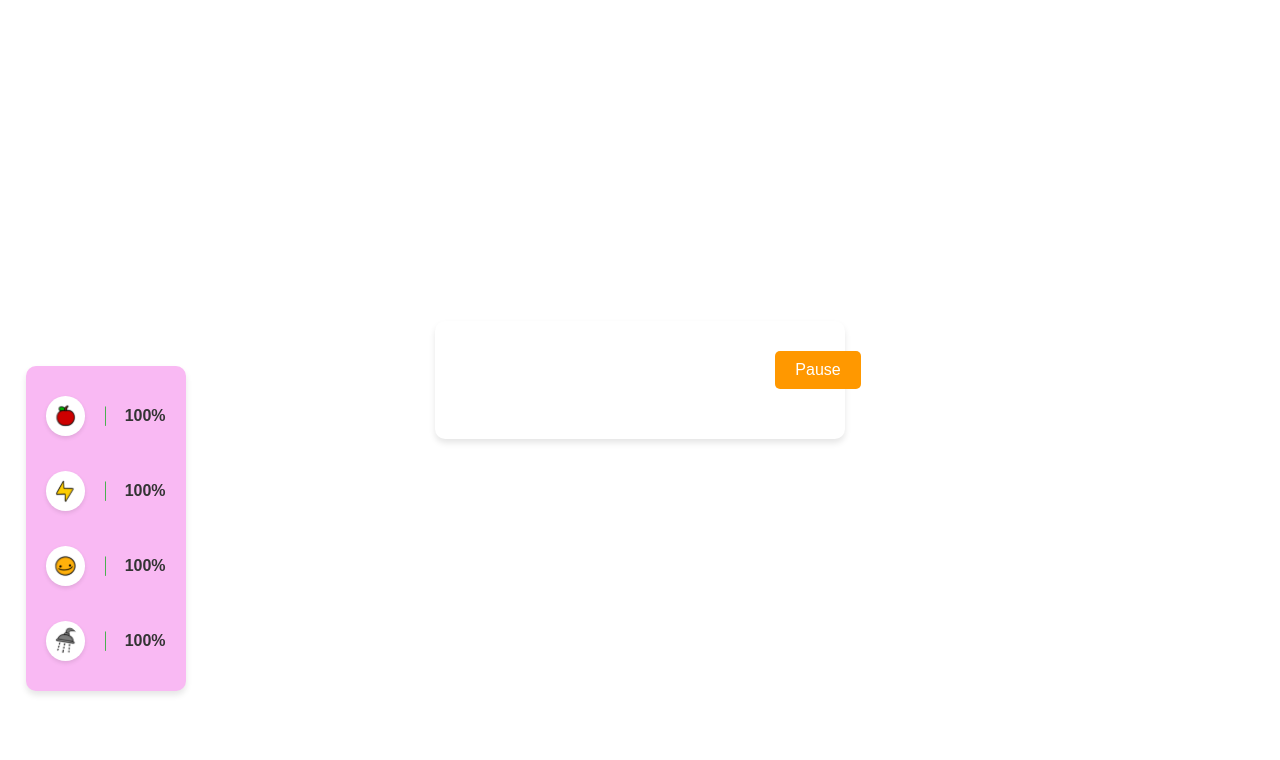
Repository: sarahjx/CapyCare
Page: html/pet.html
These files come from the project's save history. The page is drawn as it stood at one moment and after the next save; the edit follows.
The browser window is 1280 px wide. The pictures show the whole page.

Above is the page before, as saved 2025-04-30 18:23:16.
Console error: TypeError: Cannot read properties of null (reading 'addEventListener')

### html/pet.html
<!-- @format -->

<!DOCTYPE html>
<html lang="en">
  <head>
    <meta charset="UTF-8" />
    <meta name="viewport" content="width=device-width, initial-scale=1.0" />
    <title>Virtual Pet Game</title>
    <link rel="stylesheet" href="../css/styles.css" />
    <link rel="stylesheet" href="../css/statusbar.css" />
  </head>
  <body>
    <div class="container">
      <!-- Button Section -->
      <div class="buttons">
        <button class="action-btn" onclick="feedPet(currentPet)">Feed</button>
        <button class="action-btn" onclick="bathePet(currentPet)">Bathe</button>
        <button class="action-btn" onclick="bedtime(currentPet)">Sleep</button>
        <button class="action-btn" onclick="touchPet(currentPet)">Play</button>
        <button id="pauseButton" class="action-btn" onclick="togglePause()">
          Pause
        </button>
      </div>
    </div>

    <!-- Status Bar Container -->
    <div class="status-bar-container">
      <!-- Top Bar: Hunger and Energy -->
      <div class="status-row">
        <img src="../images/hunger.svg" alt="Hunger Icon" class="status-icon" />
        <div class="bar" id="hunger-bar">
          <div class="status-fill"></div>
        </div>
        <span id="hunger-value">100%</span>
      </div>
      <div class="status-row">
        <img src="../images/energy.svg" alt="Energy Icon" class="status-icon" />
        <div class="bar" id="energy-bar">
          <div class="status-fill"></div>
        </div>
        <span id="energy-value">100%</span>
      </div>

      <!-- Bottom Bar: Happiness and Hygiene -->
      <div class="status-row">
        <img
          src="../images/happiness.svg"
          alt="Happiness Icon"
          class="status-icon"
        />
        <div class="bar" id="happiness-bar">
          <div class="status-fill"></div>
        </div>
        <span id="happiness-value">100%</span>
      </div>
      <div class="status-row">
        <img
          src="../images/hygiene.svg"
          alt="Hygiene Icon"
          class="status-icon"
        />
        <div class="bar" id="hygiene-bar">
          <div class="status-fill"></div>
        </div>
        <span id="hygiene-value">100%</span>
      </div>
    </div>

    <!-- Game Over Screen -->
    <div id="gameOverScreen" class="game-over" style="display: none">
      <h2 id="gameOverMessage"></h2>
      <button onclick="resetGame()">Start New Game</button>
    </div>

    <script src="../backend/status.js"></script>
    <script>
      // Update bars in real-time
      setInterval(() => {
        if (!isPaused) {
          document.getElementById("hunger-bar").style.width = `${hunger}%`;
          document.getElementById("energy-bar").style.width = `${energy}%`;
          document.getElementById(
            "happiness-bar"
          ).style.width = `${happiness}%`;
          document.getElementById("hygiene-bar").style.width = `${hygiene}%`;

          document.getElementById("hunger-value").textContent = `${Math.round(
            hunger
          )}%`;
          document.getElementById("energy-value").textContent = `${Math.round(
            energy
          )}%`;
          document.getElementById(
            "happiness-value"
          ).textContent = `${Math.round(happiness)}%`;
          document.getElementById("hygiene-value").textContent = `${Math.round(
            hygiene
          )}%`;
        }
      }, 1000);
    </script>
  </body>
</html>

### css/styles.css
:root {
    --primary-color: #F9D9D9;
    --secondary-color: #D9E7F9;
    --tertiary-color: #FFF1FB;
    --accent-color: #F7EFD7;
    --text-color: #333;
    --spacing-xs: 0.5rem;
    --spacing-sm: 0.75rem;
    --spacing-md: 1rem;
    --spacing-lg: 1.5rem;
    --spacing-xl: 2rem;
    --spacing-xxl: 3rem;
    --font-family: 'McLaren', sans-serif;
    --font-size-xs: 0.75rem;
    --font-size-sm: 0.875rem;
    --font-size-md: 1rem;
    --font-size-lg: 1.125rem;
    --font-size-xl: 1.25rem;
    --font-size-xxl: 1.5rem;
}

  /* landing page */
.landing-page {
    position: relative;
    width: 100vw;
    overflow: hidden;
    color: var(--secondary-color);
    font-family: var(--font-family);
}

.welcome-message {
    text-align: center;
    font-size: 4rem;
    color: var(--text-color);
    font-family: var(--font-family);
    background-color: var(--accent-color);
    border: 3px solid var(--secondary-color);
    padding: var(--spacing-md) var(--spacing-lg);
    border-radius: 12px;
    margin-bottom: var(--spacing-lg);
    box-shadow: 0 4px 10px rgba(0, 0, 0, 0.1);
}

.background {
    position: relative;
    top: 0;
    left: 0;
    width: 100%;
    height: 100%;
    z-index: -1;
}

.background img {
    width: 100%;
    height: 100%;
    object-fit: cover;
    object-position: center top;
}

  /* Button container */
.button-container {
    position: absolute;
    top: 0;
    left: 0;
    width: 100%;
    height: 100%;
    display: flex;
    flex-direction: column;
    align-items: center;
    justify-content: center;
    padding-top: 45vh;
}

  /* Button styles */
.png-button {
    border: none;
    background: transparent;
    padding: 0;
    cursor: pointer;
    transform: translateY(0);
    transition: transform 0.2s ease;
    z-index: 2;
}

.png-button img {
    width: 530px;
    height: auto;
    display: block;
}

.png-button:hover img {
    transform: scale(1.05);
}

.png-button:active img {
    transform: scale(0.98);
}


/* pet page */

body {
    font-family: Arial, sans-serif;
    display: flex;
    justify-content: center;
    align-items: center;
    height: 100vh;
    background-color: #f0f0f0;
    margin: 0;
}

/* Container for all content */
.container {
    text-align: center;
    background-color: #fff;
    border-radius: 10px;
    padding: 30px;
    box-shadow: 0 4px 6px rgba(0, 0, 0, 0.1);
    width: 350px;
    position: relative;
}

/* Button section above the status bars */
.buttons {
    display: flex;
    justify-content: space-around;
    margin-bottom: 20px;
}

/* Style for action buttons */
.action-btn {
    padding: 10px 20px;
    font-size: 16px;
    cursor: pointer;
    background-color: var(--button-color);
    color: white;
    border: none;
    border-radius: 5px;
}

.action-btn:hover {
    background-color: #45a049;
}

/* Status bar section at the bottom of the container */
.status-bar {
    position: absolute;
    bottom: 0;
    width: 100%;
}

/* Individual rows containing icons and bars */
.status-row {
    display: flex;
    align-items: center;
    margin: 10px 0;
}

/* Status icon (SVG) */
.status-icon {
    width: 30px;
    height: 30px;
    margin-right: 10px;
}

/* Status bars */
.bar {
    width: 0;
    height: 20px;
    background-color: var(--primary-color);
    border-radius: 5px;
    transition: width 0.5s ease-in-out;
}

### css/statusbar.css
/** @format */

:root {
  --primary-color: #f9d9d9;
  --secondary-color: #d9e7f9;
  --tertiary-color: #fff1fb;
  --accent-color: #f7efd7;
  --text-color: #333;
  --spacing-xs: 0.5rem;
  --spacing-sm: 0.75rem;
  --spacing-md: 1rem;
  --spacing-lg: 1.5rem;
  --spacing-xl: 2rem;
  --spacing-xxl: 3rem;
  --font-family: "McLaren", sans-serif;
  --font-size-xs: 0.75rem;
  --font-size-sm: 0.875rem;
  --font-size-md: 1rem;
  --font-size-lg: 1.125rem;
  --font-size-xl: 1.25rem;
  --font-size-xxl: 1.5rem;
}

body {
  font-family: var(--font-family);
  font-weight: 10;
  max-width: 800px;
  margin: 0 auto;
  padding: 20px;
  background-color: #ffffff;
}

.status-bar-container {
  position: fixed;
  background-color: rgb(249, 185, 243);
  padding: 20px;
  border-radius: 10px;
  display: flex;
  flex-direction: column;
  gap: 15px;
  bottom: 4%;
  left: 2%;
  box-shadow: 0 4px 6px rgba(0, 0, 0, 0.1);
}

.status-icon-container {
  display: inline-flex;
  flex-direction: column;
}

.status-row {
  display: flex;
  align-items: center;
  gap: 10px;
}

.status-icon {
  width: 30px;
  height: 30px;
  padding: 5px;
  background-color: white;
  border-radius: 50%;
  box-shadow: 0 2px 4px rgba(0, 0, 0, 0.1);
}

.status-label {
  display: inline-block;
  width: 100px;
  font-weight: bold;
}

.bar {
  width: 200px;
  height: 20px;
  background-color: #eee;
  border-radius: 10px;
  overflow: hidden;
  position: relative;
}

.status-fill {
  height: 100%;
  background-color: #4caf50;
  transition: width 0.3s ease;
  border-radius: 10px;
}

#hunger-value,
#energy-value,
#happiness-value,
#hygiene-value {
  min-width: 50px;
  text-align: right;
  font-weight: bold;
  color: #333;
}

.action-buttons {
  margin-top: 20px;
  display: inline-flex;
  flex-direction: column;
  padding: 10px;
  border-radius: 10px;
  gap: 15px;
  background-color: #ff9800;
  position: fixed;
  right: 2%;
  bottom: 4%;
}

button {
  padding: 10px;
  border: none;
  border-radius: 5px;
  background-color: #4caf50;
  color: white;
  cursor: pointer;
  transition: background-color 0.3s;
  width: 6rem;
  font-family: var(--font-family);
  font-weight: 7pt;
  font-size: var(--font-size-xl);
}

button:hover {
  background-color: #45a049;
}

.warning {
  color: #ff9800;
  font-weight: bold;
  margin-top: 5px;
}

.critical {
  color: #f44336;
  font-weight: bold;
  margin-top: 5px;
}

.hidden {
  display: none;
}

.game-over {
  position: fixed;
  top: 50%;
  left: 50%;
  transform: translate(-50%, -50%);
  background-color: white;
  padding: 2rem;
  border-radius: 10px;
  box-shadow: 0 4px 6px rgba(0, 0, 0, 0.1);
  text-align: center;
  z-index: 1000;
}

.game-over h2 {
  color: #f44336;
  margin-bottom: 1rem;
}

.game-over button {
  background-color: #4caf50;
  color: white;
  border: none;
  padding: 10px 20px;
  border-radius: 5px;
  cursor: pointer;
  font-size: 1rem;
}

.game-over button:hover {
  background-color: #45a049;
}

#pauseButton {
  background-color: #ff9800;
}

#pauseButton:hover {
  background-color: #f57c00;
}

#pauseButton.paused {
  background-color: #4caf50;
}

#pauseButton.paused:hover {
  background-color: #45a049;
}

### backend/status.js
/** @format */

function Personality(favFood, active, clean, clingy, foodLover, introText) {
  this.favFood = favFood;
  this.active = active;
  this.clean = clean;
  this.clingy = clingy;
  this.foodLover = foodLover;
  this.intro = introText;
}

const mix1 = new Personality(
  "Sunfruit",
  true,
  true,
  true,
  true,
  "This pet is energetic and playful, always ready to explore or play. They love the taste of Sunfruit and will happily eat it when offered, but they'll need constant attention, so expect lots of petting and cuddling. Despite their active nature, they stay clean and are easy to bathe. This pet loves affection and will return it in kind!"
);
const mix2 = new Personality(
  "Snakberry",
  true,
  true,
  false,
  true,
  "This pet is full of energy and loves to make the most of their days. They are particularly fond of Snakberries, which they will devour happily, but they tend to get hungry more often due to their high energy levels. Despite their active nature, they keep themselves clean and are easy to bathe. They're not overly clingy, so while they'll happily spend time with you, they won't be demanding affection constantly."
);
const mix3 = new Personality(
  "Dreamleaf",
  false,
  false,
  true,
  false,
  "This pet is laid-back and enjoys spending time with you, always seeking your company. They love Dreamleaf as a treat, but they're not particularly food-driven and don't get hungry as often. While they may get a little dirty from time to time, they tend to move around when you try to bathe them. Expect them to seek out your attention frequently, and be ready to shower them with love when they come to you for pets."
);

const personalities = [mix1, mix2, mix3];

// Global variables
let currentPet = null;
let hunger = 100;
let energy = 100;
let hygiene = 100;
let happiness = 100;
let isGameOver = false;
let isPaused = false;

// Store interval IDs globally
let hungerInterval = null;
let energyInterval = null;
let hygieneInterval = null;
let happinessInterval = null;

function getRandomPersonality() {
  const randomIndex = Math.floor(Math.random() * personalities.length);
  currentPet = personalities[randomIndex];
  console.log("New pet initialized:", currentPet.intro);
  return currentPet;
}

// Personality-based status decrease functions
function decreaseHunger() {
  if (!currentPet || isGameOver) return;

  // Food lovers get hungry faster
  const decreaseAmount = currentPet.foodLover ? 15 : 10;
  if (hunger <= 0) {
    hunger = 0;
    if (checkGameOver()) return;
  } else if (hunger > 0) {
    hunger -= decreaseAmount;
    if (checkGameOver()) return;
  }
  console.log("Hunger: " + hunger);
  warning();
}

function decreaseEnergy() {
  if (!currentPet || isGameOver) return;

  // Active pets lose energy faster
  const decreaseAmount = currentPet.active ? 15 : 10;
  if (energy <= 0) {
    energy = 0;
    if (checkGameOver()) return;
  } else if (energy > 0) {
    energy -= decreaseAmount;
    if (checkGameOver()) return;
  }
  console.log("Energy: " + energy);
  warning();
}

function decreaseHygiene() {
  if (!currentPet || isGameOver) return;

  // Clean pets lose hygiene slower
  const decreaseAmount = currentPet.clean ? 8 : 12;
  if (hygiene <= 0) {
    hygiene = 0;
    if (checkGameOver()) return;
  } else if (hygiene > 0) {
    hygiene -= decreaseAmount;
    if (checkGameOver()) return;
  }
  console.log("Hygiene: " + hygiene);
  warning();
}

function decreaseHappiness() {
  if (!currentPet || isGameOver) return;

  // Clingy pets lose happiness faster when not attended to
  const decreaseAmount = currentPet.clingy ? 15 : 10;
  if (happiness <= 0) {
    happiness = 0;
    if (checkGameOver()) return;
  } else if (happiness > 0) {
    happiness -= decreaseAmount;
    if (checkGameOver()) return;
  }
  console.log("Happiness: " + happiness);
  warning();
}

// Update intervals with personality-based timing
function updateIntervals() {
  // Clear any existing intervals
  if (hungerInterval) clearInterval(hungerInterval);
  if (energyInterval) clearInterval(energyInterval);
  if (hygieneInterval) clearInterval(hygieneInterval);
  if (happinessInterval) clearInterval(happinessInterval);

  // Set new intervals based on personality
  hungerInterval = setInterval(
    () => {
      decreaseHunger();
      warning();
    },
    currentPet.foodLover ? 6000 : 8000
  );

  energyInterval = setInterval(
    () => {
      decreaseEnergy();
      warning();
    },
    currentPet.active ? 8000 : 12000
  );

  hygieneInterval = setInterval(
    () => {
      decreaseHygiene();
      warning();
    },
    currentPet.clean ? 18000 : 15000
  );

  happinessInterval = setInterval(
    () => {
      decreaseHappiness();
      warning();
    },
    currentPet.clingy ? 8000 : 10000
  );

  console.log("Intervals updated for pet:", currentPet.intro);
}

// Pause game function
function pauseGame() {
  if (hungerInterval) clearInterval(hungerInterval);
  if (energyInterval) clearInterval(energyInterval);
  if (hygieneInterval) clearInterval(hygieneInterval);
  if (happinessInterval) clearInterval(happinessInterval);
  console.log("Game paused");
}

// Resume game function
function resumeGame() {
  updateIntervals();
  console.log("Game resumed");
}

// Initialize with a random pet and start intervals
currentPet = getRandomPersonality();
updateIntervals();

function touchPet(personality) {
  if (personality.clingy) {
    gainStatus("happiness");
    console.log("Your pet loves the attention!");
  } else {
    loseStatus("happiness");
    console.log("Your pet prefers their space.");
  }
}

function feedPet(personality) {
  gainStatus("hunger"); // Always increase hunger
  if (personality.foodLover) {
    gainStatus("happiness");
    console.log("Your pet loves the food!");
  } else {
    loseStatus("happiness");
    console.log("Your pet isn't very interested in food.");
  }
}

function bathePet(personality) {
  gainStatus("hygiene"); // Always increase hygiene
  if (personality.clean) {
    gainStatus("happiness");
    console.log("Your pet enjoys being clean!");
  } else {
    loseStatus("happiness");
    console.log("Your pet doesn't like baths.");
  }
}

function bedtime(personality) {
  gainStatus("energy"); // Always increase energy
  if (personality.active) {
    loseStatus("happiness");
    console.log("Your pet is too energetic to sleep!");
  } else {
    gainStatus("happiness");
    console.log("Your pet enjoys resting.");
  }
}

function gainStatus(category) {
  switch (category) {
    case "hunger":
      if (hunger >= 100) {
        console.log("Hunger is full!");
      } else if (hunger < 100) {
        hunger += 10;
        console.log("Hunger: " + hunger);
      }
      break;
    case "energy":
      if (energy >= 100) {
        console.log("Energy is full!");
      } else if (energy < 100) {
        energy += 10;
        console.log("Energy: " + energy);
      }
      break;
    case "hygiene":
      if (hygiene >= 100) {
        console.log("Hygiene is full!");
      } else if (hygiene < 100) {
        hygiene += 10;
        console.log("Hygiene: " + hygiene);
      }
      break;
    case "happiness":
      if (happiness >= 100) {
        console.log("Happiness is full!");
      } else if (happiness < 100) {
        happiness += 10;
        console.log("Happiness: " + happiness);
      }
      break;
    default:
      console.log("Invalid category");
  }
}

function loseStatus(category) {
  switch (category) {
    case "hunger":
      if (hunger <= 0) {
        console.log("Hunger is empty!");
        hunger = 0;
      } else if (hunger > 0) {
        hunger -= 10;
        console.log("Hunger: " + hunger);
      }
      break;
    case "energy":
      if (energy <= 0) {
        console.log("Energy is empty!");
        energy = 0;
      } else if (energy > 0) {
        energy -= 10;
        console.log("Energy: " + energy);
      }
      break;
    case "hygiene":
      if (hygiene <= 0) {
        console.log("Hygiene is empty!");
        hygiene = 0;
      } else if (hygiene > 0) {
        hygiene -= 10;
        console.log("Hygiene: " + hygiene);
      }
      break;
    case "happiness":
      if (happiness <= 0) {
        console.log("Happiness is empty!");
        happiness = 0;
      } else if (happiness > 0) {
        happiness -= 10;
        console.log("Happiness: " + happiness);
      }
      break;
    default:
      console.log("Invalid category");
  }
}

function warning() {
  // Hunger warnings
  if (hunger <= 50 && hunger > 20) {
    document.getElementById("hunger-warning").textContent =
      "Your pet is getting hungry!";
    document.getElementById("hunger-warning").className = "warning";
  } else if (hunger <= 20 && hunger > 0) {
    document.getElementById("hunger-warning").textContent =
      "Your pet is starving!";
    document.getElementById("hunger-warning").className = "critical";
  } else {
    document.getElementById("hunger-warning").textContent = "";
  }

  // Energy warnings
  if (energy <= 50 && energy > 20) {
    document.getElementById("energy-warning").textContent =
      "Your pet is getting tired!";
    document.getElementById("energy-warning").className = "warning";
  } else if (energy <= 20 && energy > 0) {
    document.getElementById("energy-warning").textContent =
      "Your pet is exhausted!";
    document.getElementById("energy-warning").className = "critical";
  } else {
    document.getElementById("energy-warning").textContent = "";
  }

  // Hygiene warnings
  if (hygiene <= 50 && hygiene > 20) {
    document.getElementById("hygiene-warning").textContent =
      "Your pet needs a bath!";
    document.getElementById("hygiene-warning").className = "warning";
  } else if (hygiene <= 20 && hygiene > 0) {
    document.getElementById("hygiene-warning").textContent =
      "Your pet is filthy!";
    document.getElementById("hygiene-warning").className = "critical";
  } else {
    document.getElementById("hygiene-warning").textContent = "";
  }

  // Happiness warnings
  if (happiness <= 50 && happiness > 20) {
    document.getElementById("happiness-warning").textContent =
      "Your pet is getting sad!";
    document.getElementById("happiness-warning").className = "warning";
  } else if (happiness <= 20 && happiness > 0) {
    document.getElementById("happiness-warning").textContent =
      "Your pet is depressed!";
    document.getElementById("happiness-warning").className = "critical";
  } else {
    document.getElementById("happiness-warning").textContent = "";
  }
}

function checkGameOver() {
  if (hunger <= 0 || energy <= 0 || hygiene <= 0 || happiness <= 0) {
    isGameOver = true;
    pauseGame();
    showGameOver();
    return true;
  }
  return false;
}

function showGameOver() {
  let reason = "";
  if (hunger <= 0) reason = "Your pet starved to death!";
  else if (energy <= 0) reason = "Your pet died from exhaustion!";
  else if (hygiene <= 0) reason = "Your pet died from poor hygiene!";
  else if (happiness <= 0) reason = "Your pet died from sadness!";

  console.log("GAME OVER: " + reason);
  document.getElementById("gameOverMessage").textContent = reason;
  document.getElementById("gameOverScreen").style.display = "flex";
}

function resetGame() {
  isGameOver = false;
  hunger = 100;
  energy = 100;
  hygiene = 100;
  happiness = 100;
  document.getElementById("gameOverScreen").style.display = "none";
  currentPet = getRandomPersonality();
  updateStatusBars();
  updateIntervals();
}

function togglePause() {
  isPaused = !isPaused;
  const pauseButton = document.getElementById("pauseButton");
  const buttons = document.querySelectorAll(
    ".buttons button:not(#pauseButton)"
  );

  if (isPaused) {
    pauseButton.textContent = "Resume";
    pauseButton.classList.add("paused");
    buttons.forEach((button) => (button.disabled = true));
    pauseGame();
  } else {
    pauseButton.textContent = "Pause";
    pauseButton.classList.remove("paused");
    buttons.forEach((button) => (button.disabled = false));
    resumeGame();
  }
}

// Update status bars
function updateStatusBars() {
  document.getElementById("hunger-bar").style.width = hunger + "%";
  document.getElementById("energy-bar").style.width = energy + "%";
  document.getElementById("hygiene-bar").style.width = hygiene + "%";
  document.getElementById("happiness-bar").style.width = happiness + "%";

  document.getElementById("hunger-value").textContent = hunger + "%";
  document.getElementById("energy-value").textContent = energy + "%";
  document.getElementById("hygiene-value").textContent = hygiene + "%";
  document.getElementById("happiness-value").textContent = happiness + "%";
}

// Override console.log to update UI
const originalConsoleLog = console.log;
console.log = function () {
  originalConsoleLog.apply(console, arguments);
  updateStatusBars();
};

// Initial update
updateStatusBars();



  const toggleButton = document.getElementById('toggle-button');
  const closeButton = document.getElementById('close-button');
  const actionButtons = document.getElementById('action-buttons-column');

  toggleButton.addEventListener('click', () => {
    actionButtons.classList.remove('hidden');
    toggleButton.classList.add('hidden');
  });

  closeButton.addEventListener('click', () => {
    actionButtons.classList.add('hidden');
    toggleButton.classList.remove('hidden');
  });

After the next save:
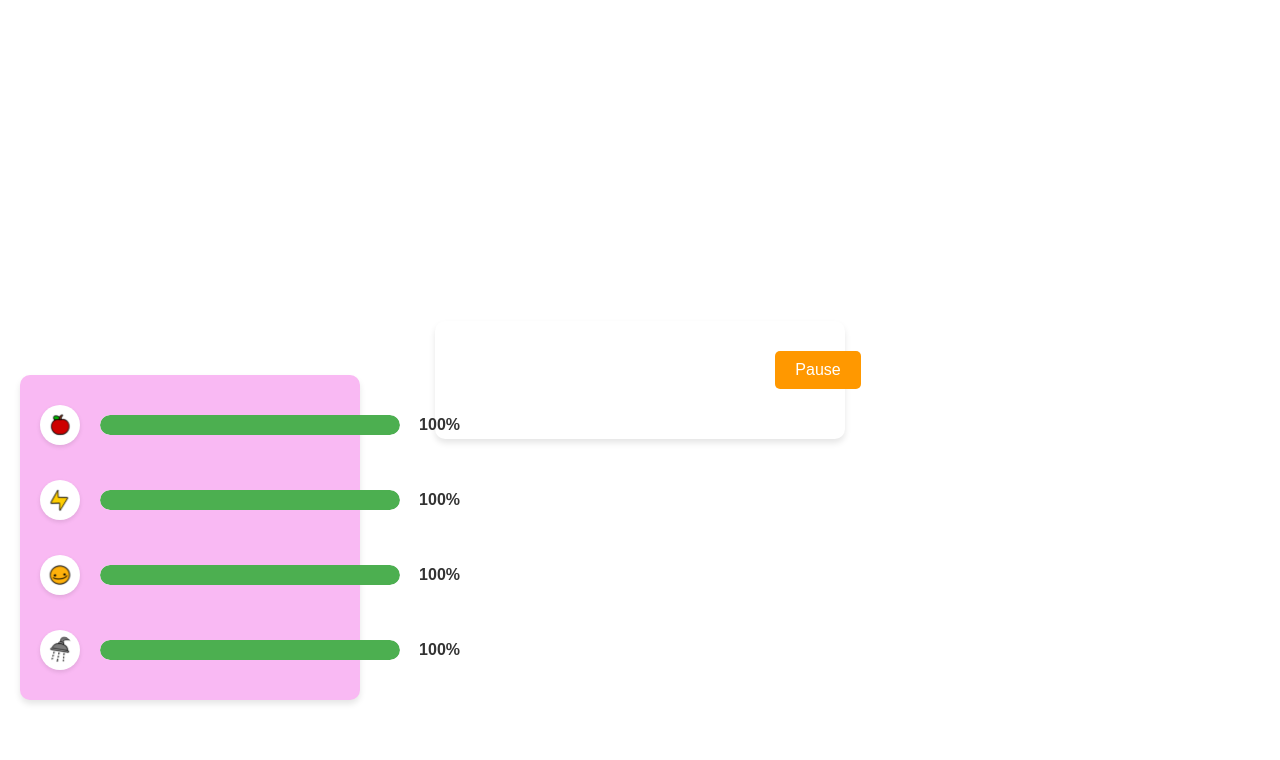
Saved 9 s later.
--- a/css/statusbar.css
+++ b/css/statusbar.css
@@ -38,9 +38,10 @@ body {
   display: flex;
   flex-direction: column;
   gap: 15px;
-  bottom: 4%;
-  left: 2%;
+  bottom: 20px;
+  left: 20px;
   box-shadow: 0 4px 6px rgba(0, 0, 0, 0.1);
+  z-index: 1000;
 }
 
 .status-icon-container {
@@ -52,6 +53,7 @@ body {
   display: flex;
   align-items: center;
   gap: 10px;
+  min-width: 300px;
 }
 
 .status-icon {
@@ -61,6 +63,7 @@ body {
   background-color: white;
   border-radius: 50%;
   box-shadow: 0 2px 4px rgba(0, 0, 0, 0.1);
+  flex-shrink: 0;
 }
 
 .status-label {
@@ -76,6 +79,7 @@ body {
   border-radius: 10px;
   overflow: hidden;
   position: relative;
+  flex-shrink: 0;
 }
 
 .status-fill {
@@ -83,6 +87,7 @@ body {
   background-color: #4caf50;
   transition: width 0.3s ease;
   border-radius: 10px;
+  width: 100%;
 }
 
 #hunger-value,
@@ -93,6 +98,7 @@ body {
   text-align: right;
   font-weight: bold;
   color: #333;
+  flex-shrink: 0;
 }
 
 .action-buttons {
